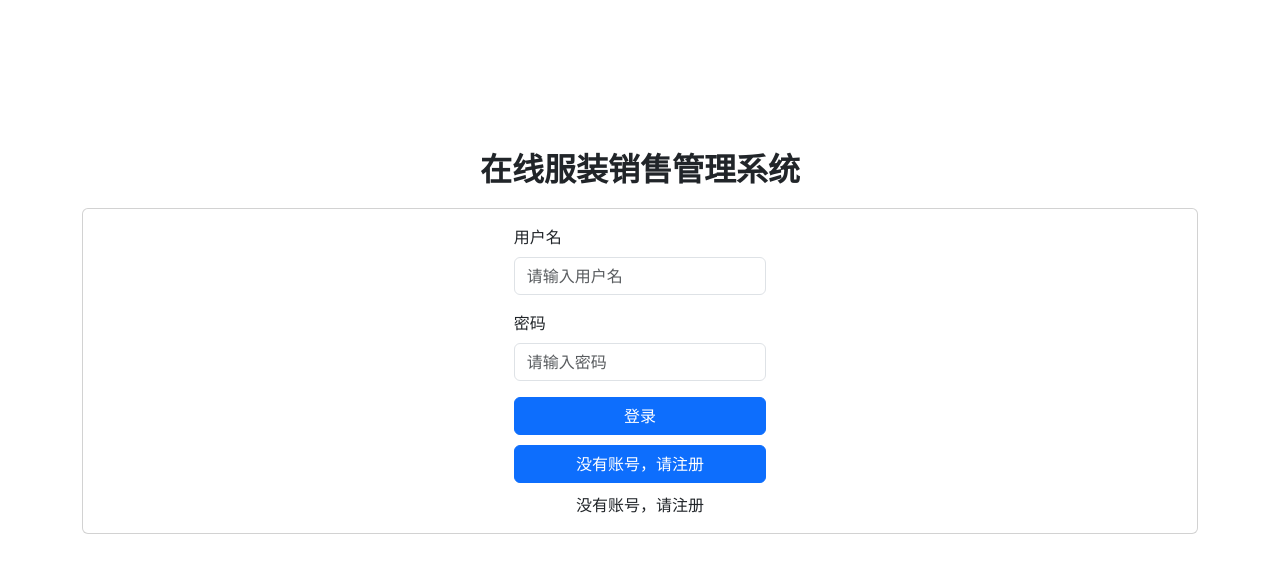
Repository: squawktop/CFS
Page: / (app in web/)
These files come from the project's save history. The page is drawn as it stood at one moment and after a run of saves; the edit follows.
The browser window is 1280 px wide. The pictures show the whole page.
The project was rebuilt for these pictures with package versions that can differ from the ones it lists, and the page was loaded fresh each time. Also part of the build but not shown: web/vue.config.js, web/src/views/RegisterView.vue, web/src/components/NavBar.vue, web/src/views/HomeView.vue, web/src/views/UsersManageView.vue, web/src/views/PersonalCenterView.vue, web/src/views/GoodsManageView.vue, web/src/views/OrdersManageView.vue and 1 more.

Above is the page before, as saved 2024-03-23 18:02:30.

### web/src/App.vue
<template>
  <RouterView></RouterView>
</template>

<script>


// 导入bootstrap
import "bootstrap/dist/css/bootstrap.min.css"
import "bootstrap/dist/js/bootstrap"
// import { ref } from "vue";

// import $ from 'jquery';
export default {
  components: {

  }
  ,
  setup() {
    // const user_id = ref("");
    // const username = ref("");
    // const password = ref("");

    // $.ajax({
    //   type: "get",
    //   url: "http://127.0.0.1:3000/user/getlist",
    //   success(resp) {
    //     user_id.value = resp[0].id;
    //     username.value = resp[0].username;
    //     password.value = resp[0].password;

    //   },
    //   error() {
    //     this.user_id = "error"
    //   }
    // })




    return {

    }
  }

}

</script>

<style></style>

### web/src/router/index.js
import { createRouter, createWebHistory } from 'vue-router'
// import HomeView from '../views/HomeView.vue'
import LoginView from '../views/LoginView.vue'
import RegisterView from '../views/RegisterView.vue'
import HomeView from '../views/HomeView.vue'
import UsersManageView from '../views/UsersManageView.vue'
import PersonalCenterView from '../views/PersonalCenterView.vue'
import GoodsManageView from '../views/GoodsManageView.vue'
import OrdersManageView from '../views/OrdersManageView.vue'
import NotFound from '../views/NotFoundView.vue'
import store from '@/store/index'

const routes = [
  {
    path: '/',
    name: 'home',
    component: HomeView,
    // redirect: "/user/register",
    meta: { //该页面是否需要授权      //随便写， 也可以设置为   flag : true;
      requestAuth: true,
    }
  },

  {
    path: '/user/login',
    name: 'user_login',
    component: LoginView,
    meta: {
      requestAuth: false,
    }
  },

  {
    path: '/user/register',
    name: 'user_register',
    component: RegisterView,
    meta: { //该页面是否需要授权
      requestAuth: false,
    }
  },
  {
    path: '/user/personalcenter',
    name: 'personal_center',
    component: PersonalCenterView,
    meta: { //该页面是否需要授权
      requestAuth: true,
    }
  },

  {
    path: '/user/usermanage',
    name: 'user_manage',
    component: UsersManageView,
    meta: { //该页面是否需要授权
      requestAuth: true,
    }
  }
  ,
  {
    path: '/goods/manage',
    name: 'goods_manage',
    component: GoodsManageView,
    meta: { //该页面是否需要授权
      requestAuth: true,
    }
  }, {
    path: '/orders/manage',
    name: 'orders_manage',
    component: OrdersManageView,
    meta: { //该页面是否需要授权
      requestAuth: true,
    }
  },


  {
    path: "/404/",
    name: "404",
    component: NotFound
  },
  {
    path: "/:catchAll(.*)",
    redirect: "/404/",  //页面重定向到404
  }
]

const router = createRouter({
  history: createWebHistory(),
  routes
})

router.beforeEach((to, from, next) => {
  if (to.meta.requestAuth && !store.state.user.is_login) {
    next({ name: "user_login" });
  } else {
    next();
  }
})

export default router

### web/src/store/index.js
import { createStore } from 'vuex'
import ModuleUser from '@/store/user'

export default createStore({
  state: {
  },
  getters: {
  },
  mutations: {
  },
  actions: {
  },
  modules: {
    user: ModuleUser,
  }
})

### web/src/views/LoginView.vue
<template style="background-color: green;">
    <div class="background">
        <h2>在线服装销售管理系统</h2>
        <ContentField v-if="!$store.state.user.pulling_info">
            <div class="row justify-content-md-center">
                <div class="col-3">
                    <form @submit.prevent="login">
                        <div class="mb-3">
                            <label for="username" class="form-label">用户名</label>
                            <input v-model="username" type="text" class="form-control" id="username"
                                placeholder="请输入用户名" />
                        </div>
                        <div class="mb-3">
                            <label for="password" class="form-label">密码</label>
                            <input v-model="password" type="password" class="form-control" id="password"
                                placeholder="请输入密码" />
                        </div>
                        <div class="error-message">{{ error_message }} </div>
                        <button type="submit" class="btn btn-primary">登录</button>
                        <button type="button" class="btn btn-primary" style="margin-top: 10px"
                            @click="registerview">没有账号，请注册</button>
                        <div style="text-align: center ;margin-top: 10px">没有账号，请注册</div>

                    </form>
                </div>
            </div>
        </ContentField>
    </div>

</template>

<script>
import ContentField from "@/components/ContentField.vue";
import { useStore } from "vuex"
import { ref } from "vue"
import router from "@/router/index";

export default {
    components: {
        ContentField,
    },
    setup() {
        const store = useStore();
        let username = ref('');
        let password = ref('');
        let error_message = ref('');


        const jwt_token = localStorage.getItem("jwt_token");
        if (jwt_token) {
            store.commit("updateToken", jwt_token);
            store.dispatch("getinfo", {
                success() {
                    router.push({ name: "home" });
                    store.commit("updatePullingInfo", false);
                }, error() {
                    store.commit("updatePullingInfo", false);
                }
            })
        } else {
            store.commit("updatePullingInfo", false);
        }




        const login = () => {
            error_message.value = "";
            store.dispatch("login", {
                username: username.value,
                password: password.value,
                success() {
                    store.dispatch("getinfo", {
                        success() {
                            router.push({ name: 'home' });
                        }
                    })

                },
                error() {
                    error_message.value = "用户名或密码错误";
                }
            })
        }

        const registerview = () => {
            router.push({ name: "user_register" });
        }

        return {
            username,
            password,
            error_message,
            login,
            registerview,

        }
    }
};
</script>



<style scoped>
h2 {
    text-align: center;
    margin-top: 150px;
    font-weight: bold;
}

button {
    width: 100%;
}

div.error-message {
    color: red;
}
</style>

### web/src/store/user.js
import router from '@/router';
import $ from 'jquery'
export default {
    state: {
        id: "",
        username: "",
        photo: "",
        token: "",
        is_login: false,
        pulling_info: true,
    },
    getters: {
    },
    mutations: {        //一般是用来修改数据的
        updateUser(state, user) {
            state.id = user.id;
            state.username = user.username;
            state.photo = user.photo;
            state.is_login = user.is_login;
        },
        updateToken(state, token) {
            state.token = token;
        },
        logout(state) {
            state.id = "";
            state.username = "";
            state.photo = "";
            state.token = "";
            state.is_login = false;
            router.push({ name: "user_login" });
        },
        updatePullingInfo(state, pulling_info) {
            state.pulling_info = pulling_info;
        },
    },

    actions: {

        login(context, data) {
            $.ajax({
                url: "http://127.0.0.1:3000/api/user/account/token/",
                type: "post",
                data: {
                    username: data.username,
                    password: data.password,
                },
                success(resp) {
                    if (resp.error_message === "success") {
                        localStorage.setItem("jwt_token", resp.token);
                        context.commit("updateToken", resp.token);
                        data.success(resp);
                    } else {
                        data.error(resp);
                    }
                },
                error(resp) {
                    data.error(resp)
                },
            });
        },
        getinfo(context, data) {
            $.ajax({
                url: "http://127.0.0.1:3000/api/user/account/info/",
                type: "get",
                headers: {
                    Authorization:
                        "Bearer " + context.state.token,
                },
                success(resp) {
                    if (resp.error_message === "success") {
                        // console.log(resp);
                        context.commit("updateUser", {
                            ...resp,
                            is_login: true,

                        });
                        data.success(resp);
                    } else {
                        data.success(resp);
                    }

                },
                error(resp) {
                    data.error(resp);
                },
            });

        },
        logout(context) {
            localStorage.removeItem("jwt_token");
            context.commit("logout")
        }
    },
    modules: {
    }
}

### web/src/components/ContentField.vue
<template>
    <div class="container content-field">
        <div class="card">
            <div class="card-body">
                <slot></slot>
            </div>
        </div>
    </div>
</template>

<script>
</script>

<style scoped>
div.content-field {
    margin-top: 20px;
}
</style>

Loaded but not shown: web/public/index.html (common file); web/src/main.js (common file)

After the next 2 saves:
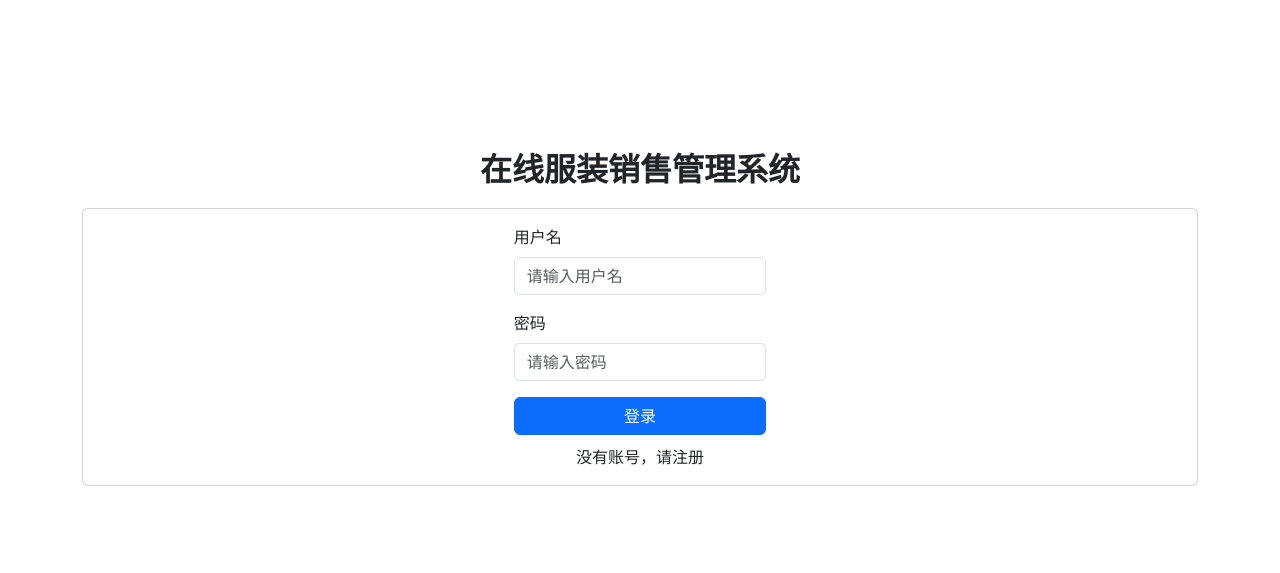
The 2 saves are shown as one change because they came seconds apart.
The last was saved 10 s later.
--- a/web/src/views/LoginView.vue
+++ b/web/src/views/LoginView.vue
@@ -17,9 +17,9 @@
                         </div>
                         <div class="error-message">{{ error_message }} </div>
                         <button type="submit" class="btn btn-primary">登录</button>
-                        <button type="button" class="btn btn-primary" style="margin-top: 10px"
-                            @click="registerview">没有账号，请注册</button>
-                        <div style="text-align: center ;margin-top: 10px">没有账号，请注册</div>
+                        <!-- <button type="button" class="btn btn-primary" style="margin-top: 10px"
+                            @click="registerview">没有账号，请注册</button> -->
+                        <div style="text-align: center ;margin-top: 10px" @click="registerview">没有账号，请注册</div>
 
                     </form>
                 </div>
